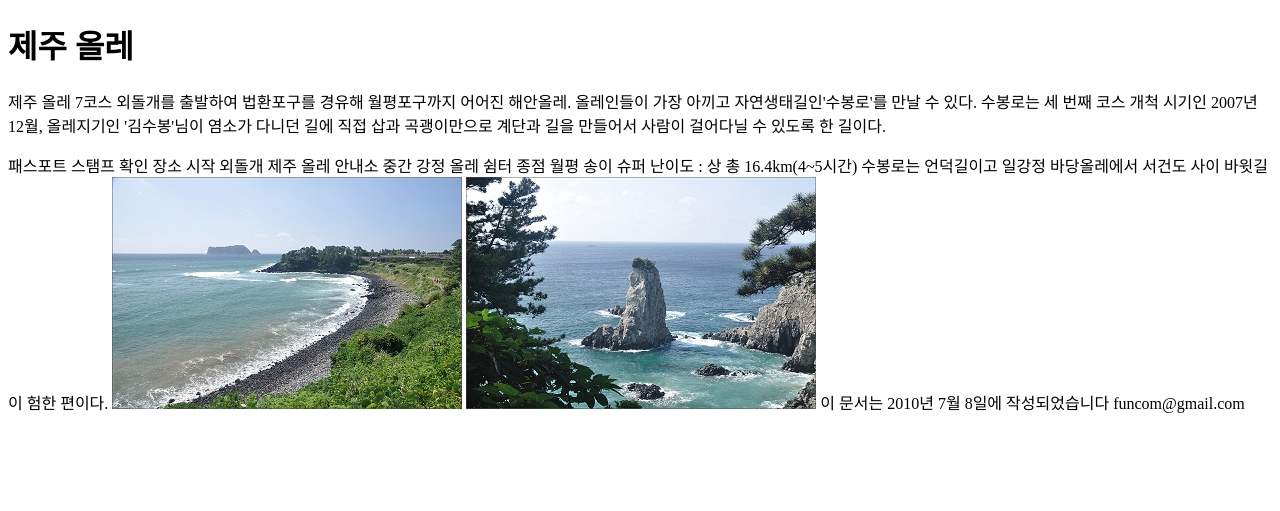
Repository: jinaa11/Kcc_Web
Page: Html/WebContent/sample2.html
An editor plug-in stored every save of this project. The page is shown before and after the next save, followed by the edit.
The browser window is 1280 px wide. The pictures show the whole page.

Above is the page before, as saved 2024-07-08 07:08:33.

### Html/WebContent/sample2.html
<!DOCTYPE html>
<html>
<head>
<meta charset="UTF-8">
<title>Insert title here</title>
</head>
<body>
<header>
	<h1>제주 올레</h1>
	<p>
		제주 올레 7코스
  		외돌개를 출발하여 법환포구를 경유해 월평포구까지 어어진 해안올레.
  		올레인들이 가장 아끼고 자연생태길인'수봉로'를 만날 수 있다.
  		수봉로는 세 번째 코스 개척 시기인 2007년 12월, 올레지기인 '김수봉'님이 염소가 다니던 길에 직접 삽과 곡괭이만으로 계단과 길을 만들어서 사람이 걸어다닐 수 있도록 한 길이다.
	</p>
</header>





  패스포트 스탬프 확인 장소
 시작  외돌개 제주 올레 안내소
 중간  강정 올레 쉼터
 종점  월평 송이 슈퍼

<!-- 거리 태그 -->
  난이도 : 상 총 16.4km(4~5시간)
  수봉로는 언덕길이고 일강정 바당올레에서 서건도 사이 바윗길이 험한 편이다.


    <img src="images/road1.jpg">


    <img src="images/road2.jpg">


이 문서는 2010년 7월 8일에 작성되었습니다
<!-- 주소 태그 -->
funcom@gmail.com
</body>
</html>

After the next save:
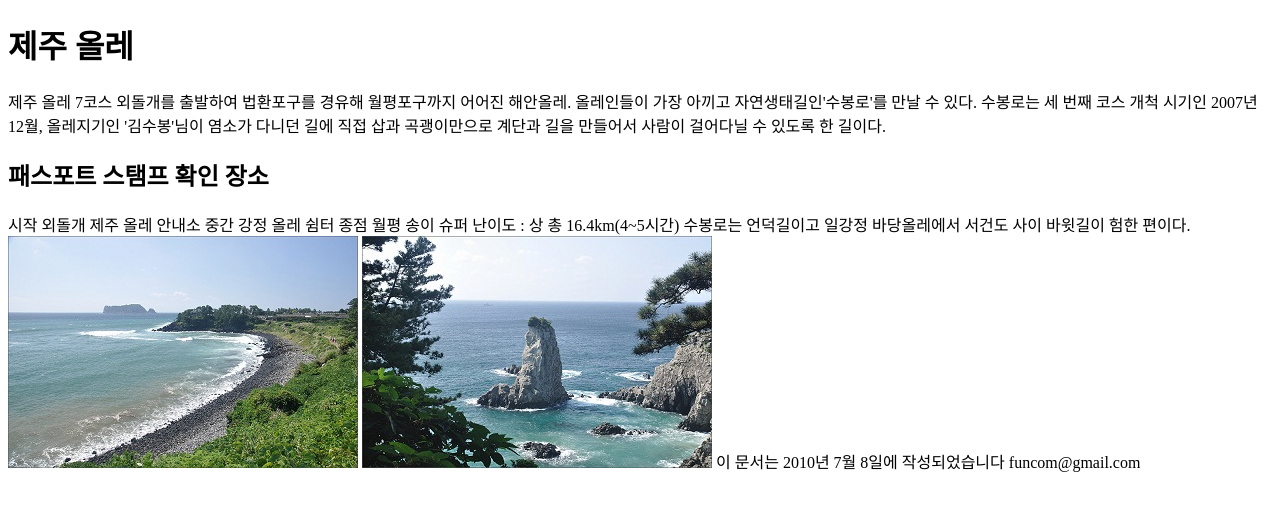
Saved 39 s later.
--- a/Html/WebContent/sample2.html
+++ b/Html/WebContent/sample2.html
@@ -15,11 +15,12 @@
 	</p>
 </header>
 
+<section>
+	<h2>패스포트 스탬프 확인 장소</h2>
+</section>
 
 
 
-
-  패스포트 스탬프 확인 장소
  시작  외돌개 제주 올레 안내소
  중간  강정 올레 쉼터
  종점  월평 송이 슈퍼
